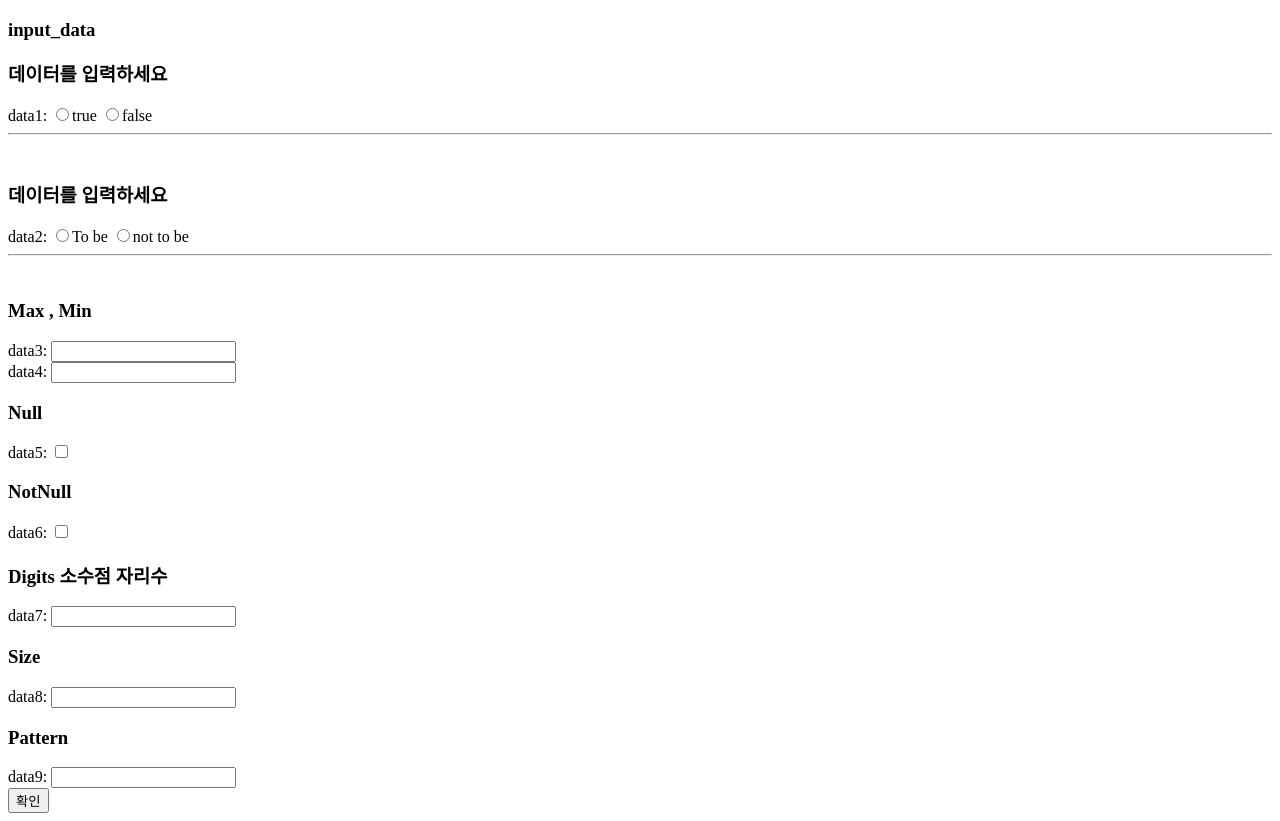
Repository: kangseongwuk/Spring
Page: http://localhost/SpringMiniProject/WEB-INF/views/input_data.jsp
These files come from the project's save history. The page is drawn as it stood at one moment and after the next save; the edit follows.
The browser window is 1280 px wide. The pictures show the whole page.
The page is served by Tomcat 9. Nobody is signed in. Other server files are loaded and not shown. The template is opened directly, without the code that normally fills it, so the values that code supplies are empty.

Above is the page before, as saved 2022-10-20 08:29:09.

### SpringMiniProject/src/main/webapp/WEB-INF/views/input_data.jsp
<%@ page language="java" contentType="text/html; charset=UTF-8"
    pageEncoding="UTF-8"%>
<%@ taglib prefix="form" uri="http://www.springframework.org/tags/form" %>
<!DOCTYPE html>
<html>
<head>
<meta charset="UTF-8">
<title>데이터 입력</title>
</head>
<body>
	<h3>input_data</h3>

	<form:form action="input_pro" method="post" modelAttribute="dataBean">
	<h3>데이터를 입력하세요</h3>
		data1: <form:radiobutton path="data1" value="true"/>true
				<form:radiobutton path="data1" value="false"/>false<hr>
				<form:errors path="data1"/><br>

	<h3>데이터를 입력하세요</h3>
		data2: <form:radiobutton path="data2" value="true"/>To be
			<form:radiobutton path="data2" value="false"/>not to be<hr>
			<form:errors path="data2"/>	<br>

	<h3>Max , Min</h3>
		data3: <form:input path="data3"/>
			<form:errors path="data3"/>	<br>

		data4: <form:input path="data4"/>
			<form:errors path="data4"/>	<br>

	<h3>Null</h3>
		data5: <form:checkbox path="data5" value="값"/>
			<form:errors path="data5"/>	<br>

	<h3>NotNull</h3>
		data6: <form:checkbox path="data6" value="값"/>
			<form:errors path="data6"/>	<br>

	<h3>Digits 소수점 자리수</h3>
		data7: <form:input path="data7"/>
			<form:errors path="data7"/>	<br>

	<h3>Size </h3>
		data8: <form:input path="data8"/>
			<form:errors path="data8"/>	<br>

	<h3>Pattern </h3>
		data9: <form:input path="data9"/>
			<form:errors path="data9"/>	<br>


		<form:button type="submit">확인</form:button>
	</form:form>

</body>
</html>


<!--
.JSR-303
---------------------
 - JSR-303
 1) JSR-303 어노테이션은 빈 객체에 주입되는 값의 유효성 검사를 하기 위해 제공되는 어노테이션입니다.
    여기에서는 자주 사용하는 것만 골라서 보도록 하겠습니다.
 2) https://beanvalidation.org/1.0/spec/

	@AssertTrue : true가 아닌 값이 들어오면 오류
	@AssertFalse : false가 아닌 값이 들어오면 오류
	@Max(값) : 값보다 큰 값이 들어오면 오류
	@Min(값) : 값보다 작은 값이 들어오면 오류

 3) @DecimalMax(value=값, inclusive=true/false) : 값보다 작거나 같은 값이 들어와야 합니다.
    Inclusive가 false면 값은 포함하지 않기 때문에 작은 값이 들어와야 합니다. 생략하면 true

 4) @DecimalMin(value=값, inclusive=true/false) : 값보다 크거나 같은 값이 들어와야 합니다.
    Inclusive가 false면 값은 포함하지 않기 때문에 큰 값이 들어와야 합니다. 생략하면 true

 5) @Null : 값이 들어오면 오류가 발생.
    @NotNull : 값이 들어오지 않으면 오류가 발생.
    @Digits(integer=자릿수,fraction=자릿수) : 지정된 자릿수의 숫자가 아닐 경우 오류가 발생.
         Integer – 정수 자릿수, fraction – 실수 자릿수
    @Size(min=글자수,max=글자수) : 지정된 글자수 보다 짧거나 길면 오류가 발생

  6) @Pattern(regexp=정규식) : 주어진 정규식에 위배되면 오류 발생

-->

After the next save:
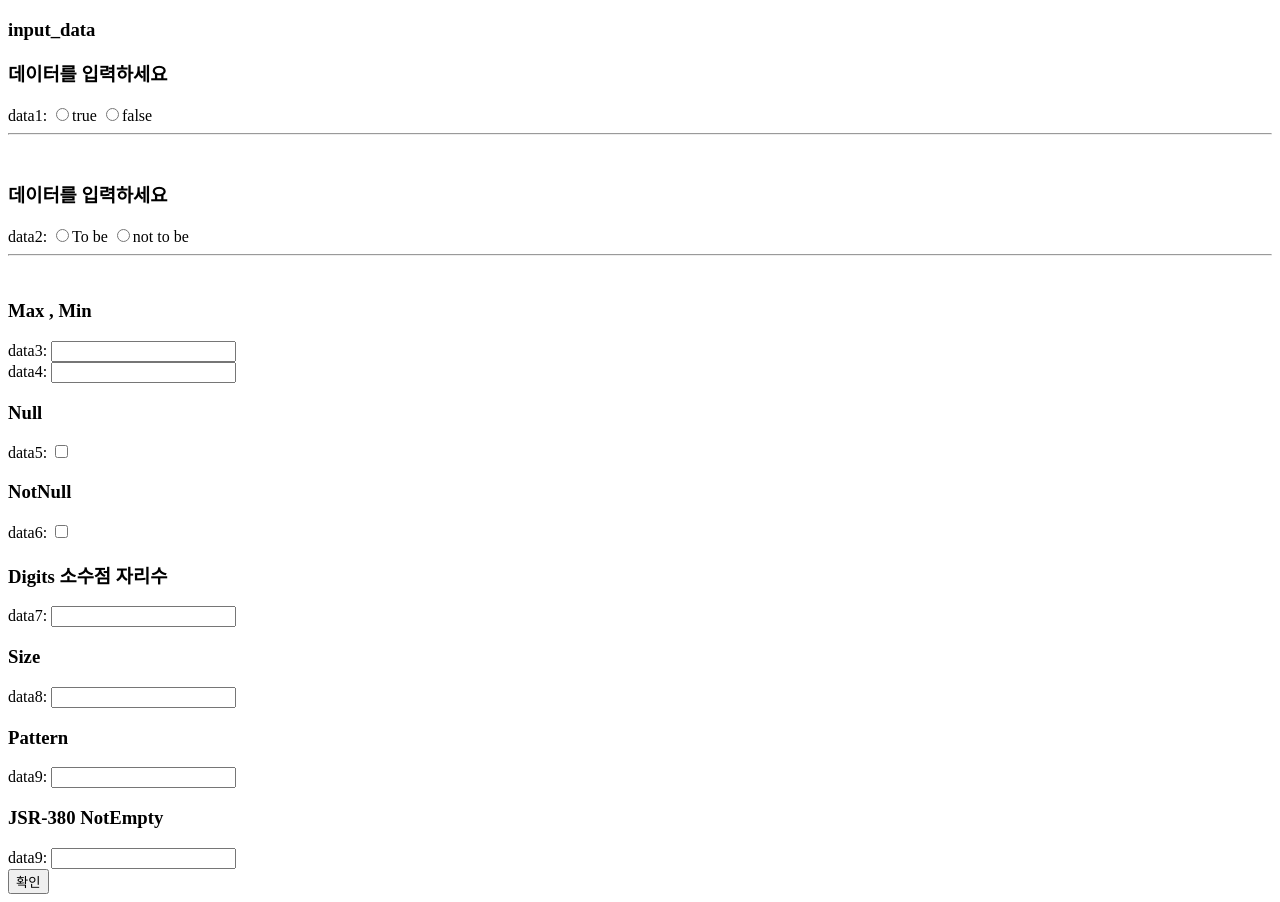
Saved 81 s later.
--- a/SpringMiniProject/src/main/webapp/WEB-INF/views/input_data.jsp
+++ b/SpringMiniProject/src/main/webapp/WEB-INF/views/input_data.jsp
@@ -48,6 +48,10 @@
 		data9: <form:input path="data9"/>
 			<form:errors path="data9"/>	<br>
 
+	<h3>JSR-380 NotEmpty </h3>
+		data9: <form:input path="data9"/>
+			<form:errors path="data9"/>	<br>
+
 
 		<form:button type="submit">확인</form:button>
 	</form:form>
